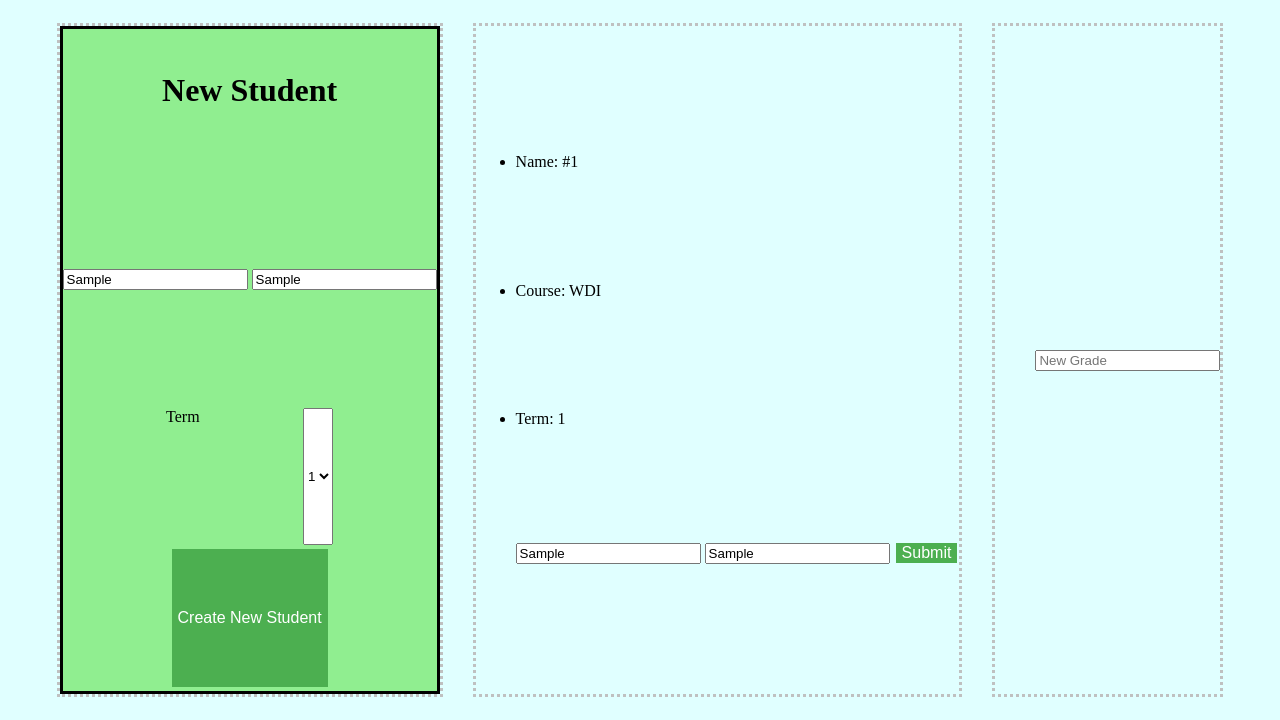
Repository: EdmontDantes/graderaide-fullstack-solution
Page: index.html
These files come from the project's save history. The page is drawn as it stood at one moment and after a run of saves; the edit follows.
The browser window is 1280 px wide. The pictures show the whole page.
Empty fields were first filled with sample values (such as "Sample", 5 or name@example.com).
After loading, the first visible `button.new-student-button` was clicked once.

Above is the page before, as saved 2020-04-22 14:06:41.

### index.html
<html lang="en">
  <head>
    <title>Graderaide</title>
    <meta charset="UTF-8">
    <meta name="viewport" content="width=device-width, initial-scale=1">
    <link rel="stylesheet" type="text/css" href="style-index.css">
  </head>

  <body>
    <section class="app">
      <section class="student-display" id="create-new-student-tile">

      <section class="new-student-input">
        <h1 id="text-h1-creation-section">New Student</h1>

        <div id="new-student-input-boxes">
          <input type="text" class="new-student-name" name="new-student-name" placeholder="Student Name">
          <input type="text" class="new-student-course" name="new-student-course" placeholder="Course">
        </div>

        <div id="new-student-input-options"
          <label for="new-student-term">Term</label>
          <select class="new-student-term" name="new-student-term">
            <option value="1">1</option>
            <option value="2">2</option>
            <option value="3">3</option>
          </select>
        </div>
        <section class="new-student-submit">
          <button type="submit" class="new-student-button">Create New Student</button>
        </section>
      </section>
    </section>

      <section class="student-display " id="student-1">
        <ul class="student-info">
          <li>Name: #1</li>
          <li>Course: WDI</li>
          <li>Term: 1</li>
          <!-- <li>
            <select class="course-selection">
              <option value="wdi">WDI</option>
            </select>
            <p>No grades yet.</p>
          </li> -->
          <div id="data-grades-input student-1">
            <!-- <section>
              <input type="text" name="new-course" class="new-course" placeholder="New Course">
              <button type="submit" class="submit-new-course">Submit</button>
            </section>
            <section>
              <input type="text" name="new-term" class="new-term" placeholder="New Term For Course">
              <button type="submit" class="submit-new-term">Submit</button>
            </section> -->
            <section>
              <input type="text" name="new-grade" class="new-grade" placeholder="New Grade">
              <input type="text" name="new-grade-assignment" class="new-grade-assignment" placeholder="Assignment Name">
              <button type="submit" class="submit-new-grade-assignment">Submit</button>
            </section>
          </div>
        </ul>
      </section>
      </section>
    </section>
  </body>
  <script src="main.js"></script>
</html>

### style-index.css
body {
    background-color: lightcyan;
    display: flex;
    flex-wrap: wrap;
    justify-content: center;
}

.app {
    display: flex;
    flex-direction: row;
    flex-wrap: wrap;
    justify-content: space-around;
}

#text-h1-creation-section {
    display: flex;
    flex-wrap: wrap;
    justify-content: center;
    font-size: 2em;
}

#new-student-input-options {
    display: flex;
    flex-wrap: wrap;
    flex-direction: row;
    justify-content: space-evenly;
}

.new-student-submit {
    display: flex;
    flex-wrap: wrap;
    justify-content: center;
}

.new-student-input {
    display: grid;

    background-color: lightgreen;
    border: 3px solid black;

}
button {
    background-color: #4CAF50;
    border: none;
    color: white;
    text-align: center;
    text-decoration: none;
    display: inline-block;
    font-size: 16px;
    margin: 4px 2px;
    cursor: pointer;
}

.student-display {
    display: flex;
    justify-content: space-around;
    border: 3px dotted #BFC0C0;
    margin: 15px;
}

.student-info {
    display: flex;
    flex-direction: column;
    justify-content: space-evenly;
}

a {
    background-color: white;
    color: black;
    border: 5px solid #4CAF50;
    padding: 10px 20px;
    text-align: center;
    text-decoration: none;
    display: inline-block;
    font-size: 16px;
    margin-left: 20px;
}

### main.js
/******************
 * YOUR CODE HERE *
 ******************/

const Grade = (assignment, score) => {
    return {
        assignment,
        score,
    }
}

const Term = () => {
    return {
    grades: [],

    addGrade: function(assignment, score) {
        const grade = Grade(assignment, score);
        this.grades.push(grade);
    },
    }
}

const Course = (name) => {
    return {
    name,
    terms: [Term()],

    addTerm: function() {
        const term = Term();
        this.terms.push(term);
    }
    }
}

const Student = (name, course, term = 1) => {
    return {
    name,
    course,
    term,
    courses: [Course(course)],

    addCourse: function(course) {
        this.courses.push(Course(course));
        this.course = course;
    },

    getAverage: function(courseToFind = this.course, termIndex = this.term - 1) {
        let foundCourse;
        for (const course of this.courses) {
        if (course.name === courseToFind) {
            foundCourse = course;
        }
        }

        const grades = foundCourse.terms[termIndex].grades;
        if (grades.length === 0) {
        return 'No grades yet.'
        }

        let sum = 0;
        for (const grade of grades) {
        sum += grade.score;
        }

        return sum / grades.length;
    },
    }
}

// const createNewStudentTileQuery = document.querySelector('#create-new-student-tile');
const newStudentNameQuery = document.querySelector('.new-student-name');
const newStudentCourseNameQuery = document.querySelector('.new-student-course');
const newStudentTermNumOptionQuery = document.querySelector('.new-student-term');
const btnNewStudentSubmitQuery = document.querySelector('.new-student-button');

const newStudentTile = function() {

    name = newStudentNameQuery.value;
    course = newStudentCourseNameQuery.value;
    termNum = newStudentTermNumOptionQuery.value;

    let newStudent = Student(name, course, termNum);
    console.log(newStudent);
    const studentDisplay = document.createElement('div');
    studentDisplay.className = 'student-display';
    let numId = document.querySelectorAll('.student-display')

    studentDisplay.id = `student-${numId.length}`;
    const studentInfo = document.createElement('ul');
    const nameItem = document.createElement('li');
    const courseItem = document.createElement('li');
    const termItem  = document.createElement('li');

    nameItem.innerText = `Name: ${newStudent.name}`;
    courseItem.innerText = `Course: ${newStudent.course}`;
    termItem.innerText = `Term: ${newStudent.term}`;


    studentInfo.classList.add('student-info');
    studentInfo.appendChild(nameItem);
    studentInfo.appendChild(courseItem);
    studentInfo.appendChild(termItem);
    // someParentElement.appendChild(studentInfo);
    studentDisplay.append(studentInfo);
    document.querySelector('.app').append(studentDisplay)
    studentInfo.innerHTML = `<input type="text" name="new-grade" class="new-grade" placeholder="New Grade">`
}

btnNewStudentSubmitQuery.addEventListener('click', newStudentTile);

After the next 5 saves:
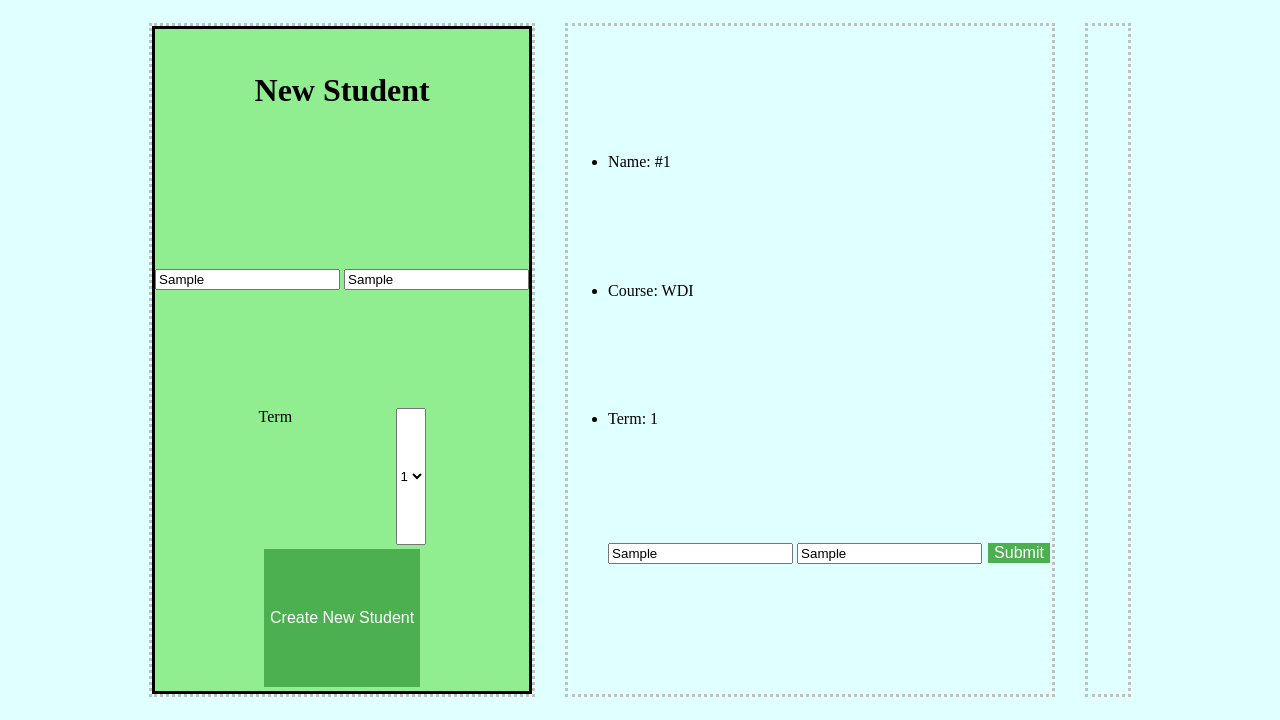
The 5 saves are shown as one change because they came seconds apart.
The last was saved 14 s later.
--- a/main.js
+++ b/main.js
@@ -104,6 +104,7 @@
     studentDisplay.append(studentInfo);
     document.querySelector('.app').append(studentDisplay)
     studentInfo.innerHTML = `<input type="text" name="new-grade" class="new-grade" placeholder="New Grade">`
+    studentInfo.innerHTML = ``
 }
 
 btnNewStudentSubmitQuery.addEventListener('click', newStudentTile);

After the save that followed:
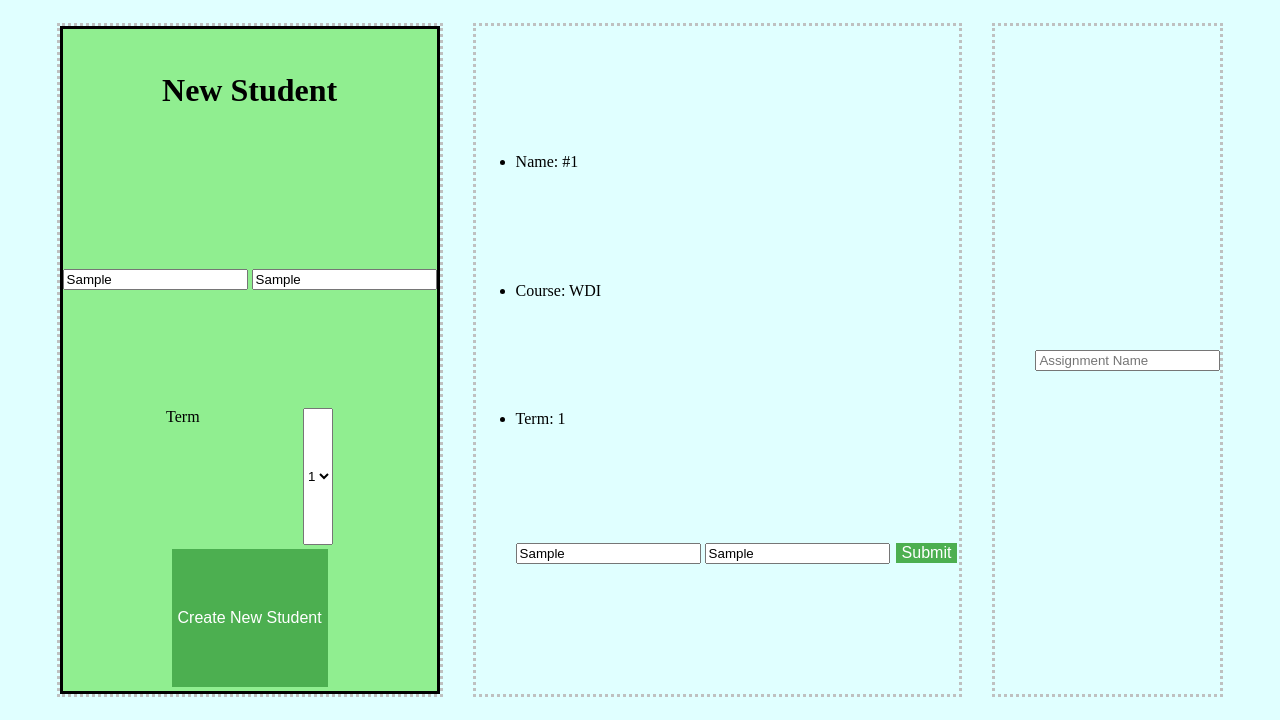
Saved 12 s later.
--- a/main.js
+++ b/main.js
@@ -104,7 +104,7 @@
     studentDisplay.append(studentInfo);
     document.querySelector('.app').append(studentDisplay)
     studentInfo.innerHTML = `<input type="text" name="new-grade" class="new-grade" placeholder="New Grade">`
-    studentInfo.innerHTML = ``
+    studentInfo.innerHTML = `              <input type="text" name="new-grade-assignment" class="new-grade-assignment" placeholder="Assignment Name">`
 }
 
 btnNewStudentSubmitQuery.addEventListener('click', newStudentTile);
